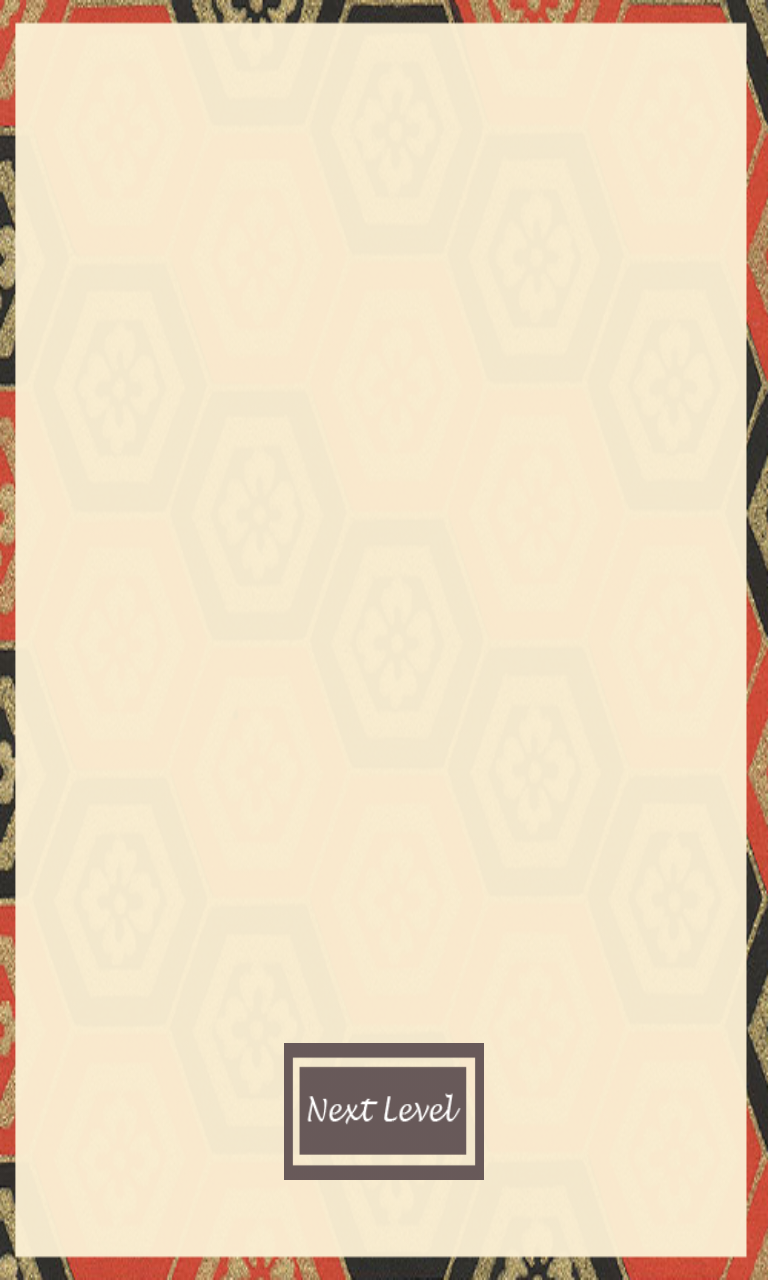
Repository: Kreispy/Sushi-Samurai
Layout: SushiNinja/res/layout/recipes.xml
The author's editor kept a copy of each file at every save. The layout is drawn from the files as they stood at one save, then again after the next save.
It is drawn on a 768 x 1280 px phone screen (xhdpi) without system bars, with theme AppTheme; the app's code is not run.

Above is the layout before, as saved 2013-04-27 07:19:32.

### SushiNinja/res/layout/recipes.xml
<?xml version="1.0" encoding="utf-8"?>
<RelativeLayout xmlns:android="http://schemas.android.com/apk/res/android"
    android:layout_width="fill_parent"
    android:layout_height="fill_parent"
    android:background="@drawable/scroll" >

     <Button
         android:id="@+id/OKbutton"
         android:layout_width="100dp"
         android:layout_height="wrap_content"
         android:layout_centerHorizontal="true"
     	 android:layout_alignParentBottom="true"
     	 android:layout_marginBottom="50dp"
         android:background="@drawable/levelbutton" />



</RelativeLayout>

### SushiNinja/res/drawable-hdpi/levelbutton.xml
<?xml version="1.0" encoding="utf-8"?>
<selector xmlns:android="http://schemas.android.com/apk/res/android" >
       <item android:drawable="@drawable/level_focused"
          android:state_pressed="true" />
    <item android:drawable="@drawable/level_focused"
          android:state_focused="true" />
    <item android:drawable="@drawable/level_normal" />

</selector>

Loaded but not shown: SushiNinja/res/values/styles.xml (common file); SushiNinja/res/values-v11/styles.xml (common file); SushiNinja/res/values-v14/styles.xml (common file)

After the next save:
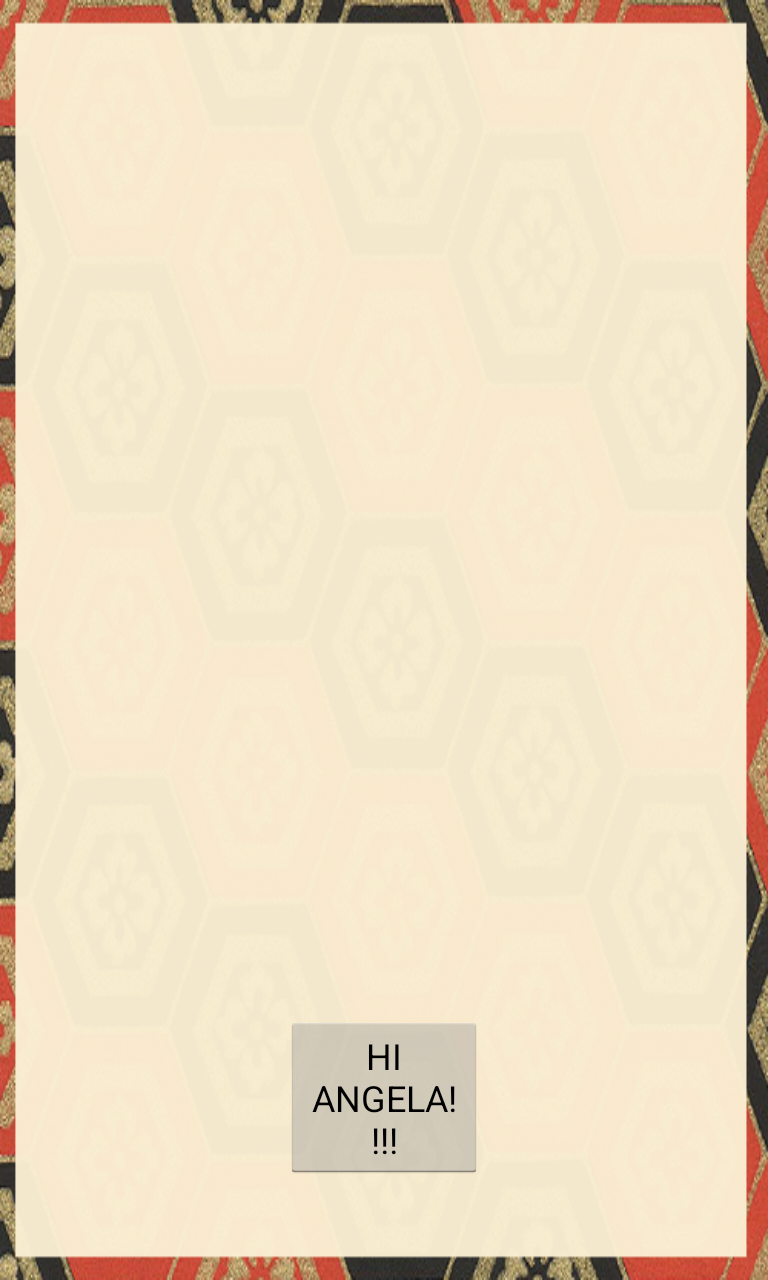
Saved 21 s later.
--- a/SushiNinja/res/layout/recipes.xml
+++ b/SushiNinja/res/layout/recipes.xml
@@ -11,7 +11,7 @@
          android:layout_centerHorizontal="true"
      	 android:layout_alignParentBottom="true"
      	 android:layout_marginBottom="50dp"
-         android:background="@drawable/levelbutton" />
+         android:text = "HI ANGELA!!!!" />
 
 
 
